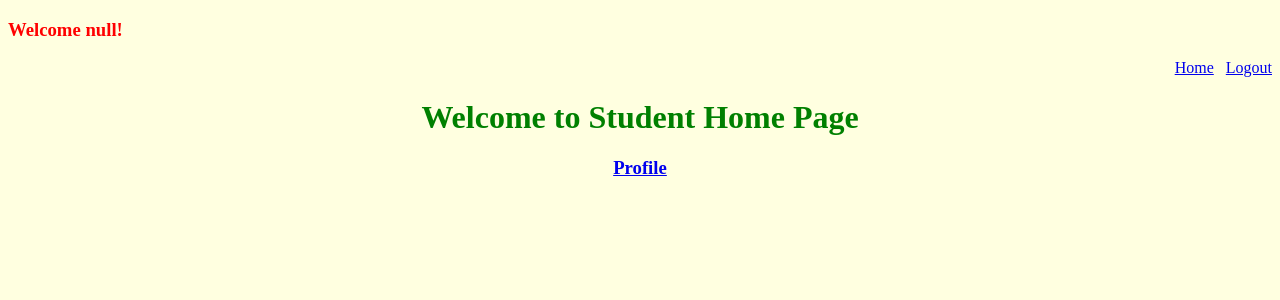
Repository: Konyala-Karthikeya/student_Details
Page: http://localhost/StudentWebApp/StdHomePage.jsp
The author's editor kept a copy of each file at every save. The page is drawn from the files as they stood at one save, then again after the next save.
The browser window is 1280 px wide. The pictures show the whole page.
The page is served by Tomcat 9. Other server files are loaded and not shown.

Above is the page before, as saved 2024-01-19 06:47:12.

### Sudent_Project/Workspace/StudentWebApp/WebContent/StdHomePage.jsp
<%@ page language="java" contentType="text/html; charset=ISO-8859-1"
    pageEncoding="ISO-8859-1"%>
<!DOCTYPE html PUBLIC "-//W3C//DTD HTML 4.01 Transitional//EN" "http://www.w3.org/TR/html4/loose.dtd">
<html>
<head>
<meta http-equiv="Content-Type" content="text/html; charset=ISO-8859-1">
<title>StdHomePage</title>
</head>
<body bgcolor='lightyellow' text='green'>

		<% String emailId = (String) session.getAttribute("emailId"); %>

		<h3 style='color:red;'>Welcome <%= emailId %>!</h3>

		<form align='right'>
		<a href='StdHomePage.jsp'>Home</a> &nbsp;
		<a href='Logout'>Logout</a>
		</form>

		<center>
		<h1>Welcome to Student Home Page</h1>

		<h3><a href='Profile.jsp'>Profile</a></h3>

		</center>
</body>
</html>

After the next save:
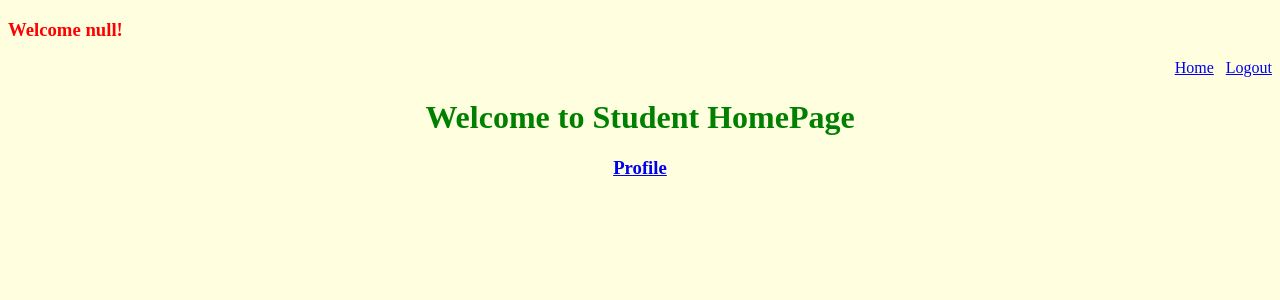
Saved 45 s later.
--- a/Sudent_Project/Workspace/StudentWebApp/WebContent/StdHomePage.jsp
+++ b/Sudent_Project/Workspace/StudentWebApp/WebContent/StdHomePage.jsp
@@ -1,27 +1,35 @@
 <%@ page language="java" contentType="text/html; charset=ISO-8859-1"
-    pageEncoding="ISO-8859-1"%>
+	pageEncoding="ISO-8859-1"%>
 <!DOCTYPE html PUBLIC "-//W3C//DTD HTML 4.01 Transitional//EN" "http://www.w3.org/TR/html4/loose.dtd">
 <html>
 <head>
 <meta http-equiv="Content-Type" content="text/html; charset=ISO-8859-1">
-<title>StdHomePage</title>
+<title>Student HomePage</title>
 </head>
+
 <body bgcolor='lightyellow' text='green'>
 
-		<% String emailId = (String) session.getAttribute("emailId"); %>
+	<%
+		String emailId = (String) session.getAttribute("emailId");
+	%>
 
-		<h3 style='color:red;'>Welcome <%= emailId %>!</h3>
+	<h3 style='color: red;'>
+		Welcome
+		<%=emailId%>!
+	</h3>
 
-		<form align='right'>
-		<a href='StdHomePage.jsp'>Home</a> &nbsp;
-		<a href='Logout'>Logout</a>
-		</form>
+	<form align='right'>
+		<a href='StdHomePage.jsp'>Home</a> &nbsp; <a href='Logout'>Logout</a>
+	</form>
 
-		<center>
-		<h1>Welcome to Student Home Page</h1>
+	<center>
+		<h1>Welcome to Student HomePage</h1>
 
-		<h3><a href='Profile.jsp'>Profile</a></h3>
+		<h3>
+			<a href='Profile.jsp'>Profile</a>
+		</h3>
 
-		</center>
+	</center>
+
 </body>
 </html>
